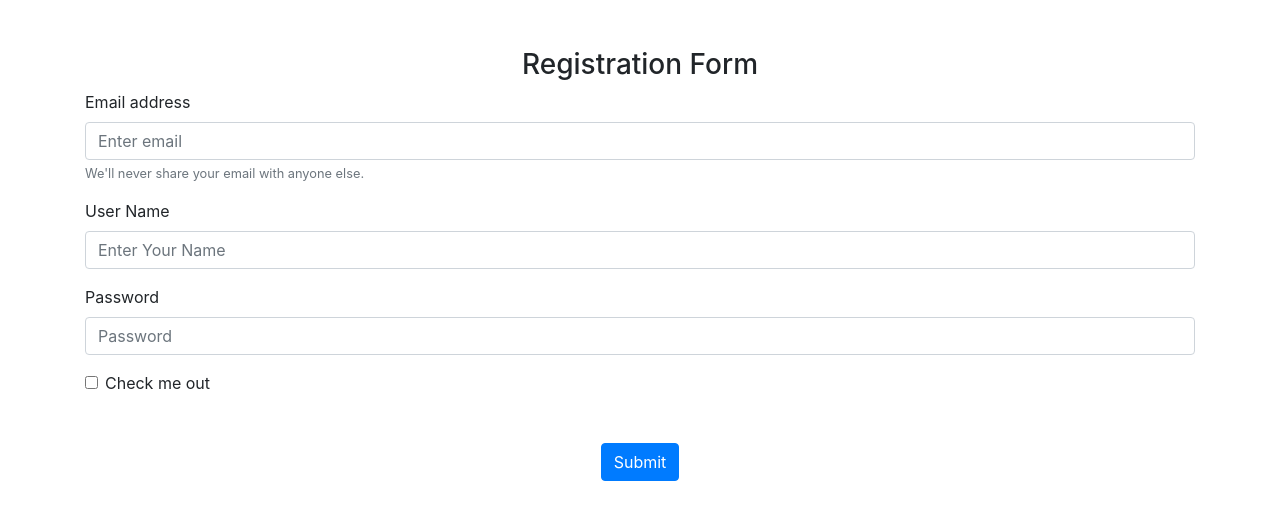
Repository: wanderwisecoder/spring_framework_learnings
Page: http://localhost/SpringMVC/contact
The author's editor kept a copy of each file at every save. The page is drawn from the files as they stood at one save, then again after the next save.
The browser window is 1280 px wide. The pictures show the whole page.
Some web libraries are served in a nearby version. The page is served by Tomcat 9. Other server files are loaded and not shown.

Above is the page before, as saved 2023-12-19 08:54:09.

### SpringMVC/src/main/webapp/WEB-INF/spring-servlet.xml
<?xml version="1.0" encoding="UTF-8"?>
<beans xmlns="http://www.springframework.org/schema/beans"
	xmlns:xsi="http://www.w3.org/2001/XMLSchema-instance"
	xmlns:context="http://www.springframework.org/schema/context"
	xmlns:p="http://www.springframework.org/schema/p"
	xsi:schemaLocation="http://www.springframework.org/schema/beans
  https://www.springframework.org/schema/beans/spring-beans.xsd
  http://www.springframework.org/schema/context
  http://www.springframework.org/schema/context/spring-context.xsd">

<context:component-scan base-package="springmvc.controller"/>

	<bean
		class="org.springframework.web.servlet.view.InternalResourceViewResolver"
		name="viewResolver">

		<property name="prefix" value="/WEB-INF/views/"></property>

		<property name="suffix" value=".jsp"></property>
	</bean>


	<!-- more bean definitions go here -->
</beans>

### SpringMVC/src/main/webapp/WEB-INF/views/contact.jsp
<!doctype html>
<html lang="en">
<head>
<!-- Required meta tags -->
<meta charset="utf-8">
<meta name="viewport"
	content="width=device-width, initial-scale=1, shrink-to-fit=no">

<!-- Bootstrap CSS -->
<link rel="stylesheet"
	href="https://cdn.jsdelivr.net/npm/bootstrap@4.0.0/dist/css/bootstrap.min.css"
	integrity="sha384-Gn5384xqQ1aoWXA+058RXPxPg6fy4IWvTNh0E263XmFcJlSAwiGgFAW/dAiS6JXm"
	crossorigin="anonymous">

<title>Hello, world!</title>
</head>
<body>
	<div class="container  mt-5">

		<h3 class="text-center">Registration Form</h3>
		<form>
			<div class="form-group">
				<label for="exampleInputEmail1">Email address</label> <input
					type="email" class="form-control" id="exampleInputEmail1"
					aria-describedby="emailHelp" placeholder="Enter email"> <small
					id="emailHelp" class="form-text text-muted">We'll never
					share your email with anyone else.</small>
			</div>
			<div class="form-group">
				<label for="userName">User Name</label> <input type="text"
					class="form-control" id="userName" aria-describedby="emailHelp"
					placeholder="Enter Your Name">
			</div>
			<div class="form-group">
				<label for="exampleInputPassword1">Password</label> <input
					type="password" class="form-control" id="exampleInputPassword1"
					placeholder="Password">
			</div>
			<div class="form-check">
				<input type="checkbox" class="form-check-input" id="exampleCheck1">
				<label class="form-check-label" for="exampleCheck1">Check me
					out</label>
			</div>
			<div class="container mt-5 text-center">
				<button type="submit" class="btn btn-primary">Submit</button>
			</div>
		</form>
	</div>

	<!-- Optional JavaScript -->
	<!-- jQuery first, then Popper.js, then Bootstrap JS -->
	<script src="https://code.jquery.com/jquery-3.2.1.slim.min.js"
		integrity="sha384-KJ3o2DKtIkvYIK3UENzmM7KCkRr/rE9/Qpg6aAZGJwFDMVNA/GpGFF93hXpG5KkN"
		crossorigin="anonymous"></script>
	<script
		src="https://cdn.jsdelivr.net/npm/popper.js@1.12.9/dist/umd/popper.min.js"
		integrity="sha384-ApNbgh9B+Y1QKtv3Rn7W3mgPxhU9K/ScQsAP7hUibX39j7fakFPskvXusvfa0b4Q"
		crossorigin="anonymous"></script>
	<script
		src="https://cdn.jsdelivr.net/npm/bootstrap@4.0.0/dist/js/bootstrap.min.js"
		integrity="sha384-JZR6Spejh4U02d8jOt6vLEHfe/JQGiRRSQQxSfFWpi1MquVdAyjUar5+76PVCmYl"
		crossorigin="anonymous"></script>
</body>
</html>

### SpringMVC/src/main/java/springmvc/controller/ContactController.java
package springmvc.controller;

import org.springframework.stereotype.Controller;
import org.springframework.web.bind.annotation.RequestMapping;

@Controller
public class ContactController {
	@RequestMapping("/contact")
	public String showForm() {

		return "contact";

	}
}

### SpringMVC/src/main/java/springmvc/controller/HomeController.java
package springmvc.controller;

import java.time.LocalDateTime;
import java.util.ArrayList;
import java.util.List;

import org.springframework.stereotype.Controller;
import org.springframework.ui.Model;
import org.springframework.web.bind.annotation.RequestMapping;
import org.springframework.web.servlet.ModelAndView;

@Controller
public class HomeController {

	@RequestMapping("/home")
	public String home(Model model) {
		model.addAttribute("age", 54);
		System.out.println("This is home controller/url.!");
		model.addAttribute("name", "Roshan");

		model.addAttribute("id", 1234);
		return "index";
	}

	@RequestMapping("/about")
	public String about() {
		System.out.println("This is about controller/url.!");
		return "about";
	}


	//services
	//help
	@RequestMapping("/help")
	public ModelAndView help() {
		System.out.println("This is help controller/url.!");

		//creating ModelAndView object
		ModelAndView modelAndView =  new ModelAndView();

		//setting the data
		modelAndView.addObject("name","Uttam");
		modelAndView.addObject("rollNumber",11222);

		LocalDateTime now = LocalDateTime.now();
		modelAndView.addObject("time", now);

		//List Object
		List<Integer> list = new ArrayList<Integer>();
		list.add(34);
		list.add(87);
		list.add(92);
		list.add(67);
		list.add(45);

		modelAndView.addObject("marks",list);

		//setting the view name
		modelAndView.setViewName("help");


		return modelAndView;
	}

}

After the next save:
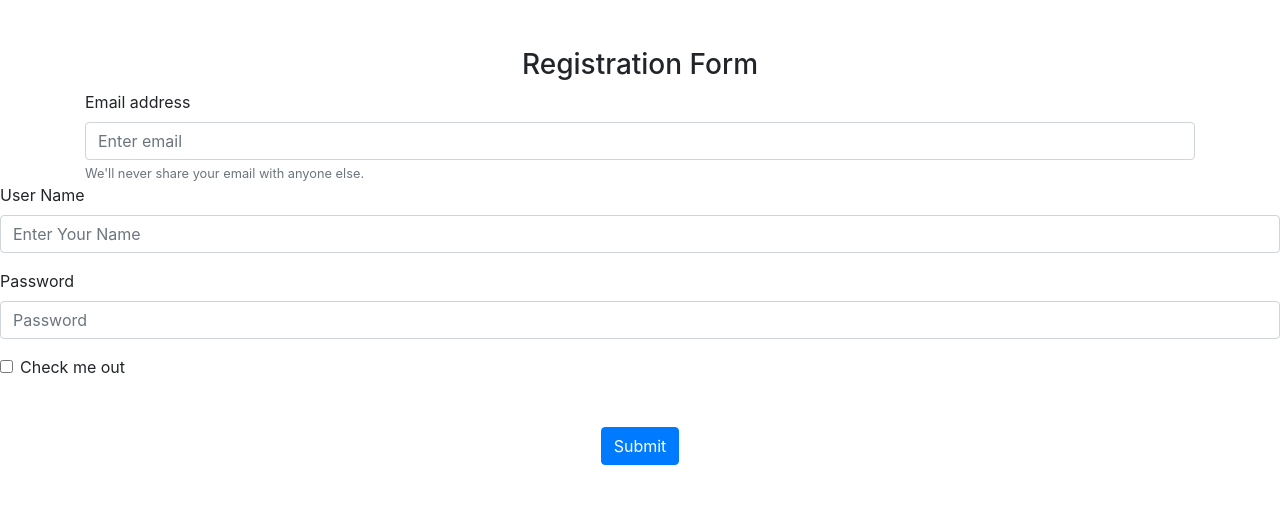
Saved 41 s later.
--- a/SpringMVC/src/main/webapp/WEB-INF/views/contact.jsp
+++ b/SpringMVC/src/main/webapp/WEB-INF/views/contact.jsp
@@ -18,7 +18,7 @@
 	<div class="container  mt-5">
 
 		<h3 class="text-center">Registration Form</h3>
-		<form>
+		<form action="/>
 			<div class="form-group">
 				<label for="exampleInputEmail1">Email address</label> <input
 					type="email" class="form-control" id="exampleInputEmail1"

After the 2 saves that followed:
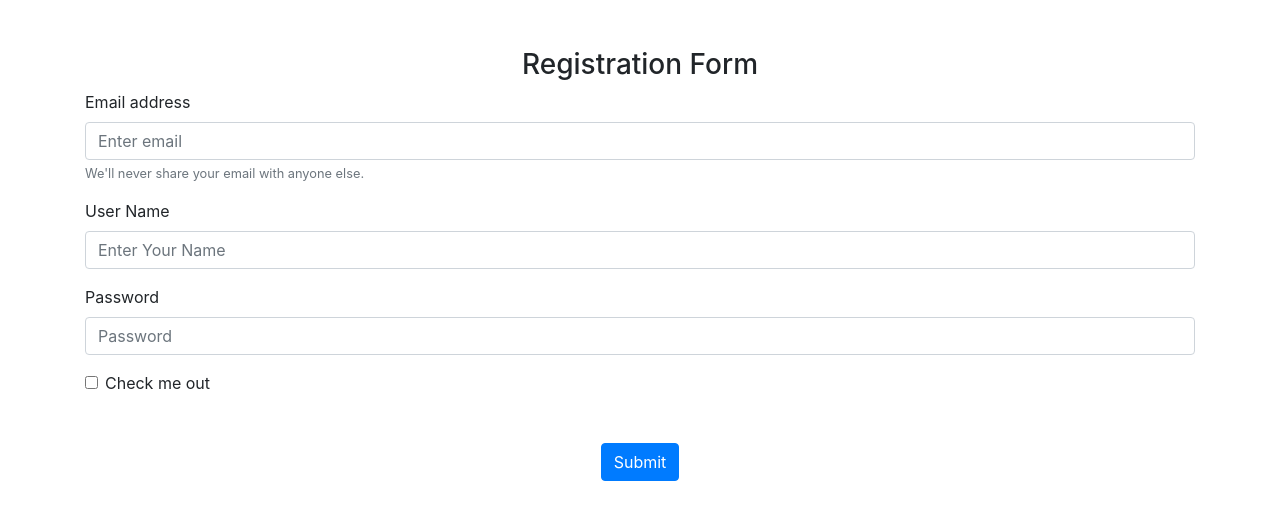
The 2 saves are shown as one change because 1 left the picture as it was.
The last was saved 9 s later.
--- a/SpringMVC/src/main/webapp/WEB-INF/views/contact.jsp
+++ b/SpringMVC/src/main/webapp/WEB-INF/views/contact.jsp
@@ -18,7 +18,7 @@
 	<div class="container  mt-5">
 
 		<h3 class="text-center">Registration Form</h3>
-		<form action="/>
+		<form action="/processform">
 			<div class="form-group">
 				<label for="exampleInputEmail1">Email address</label> <input
 					type="email" class="form-control" id="exampleInputEmail1"
